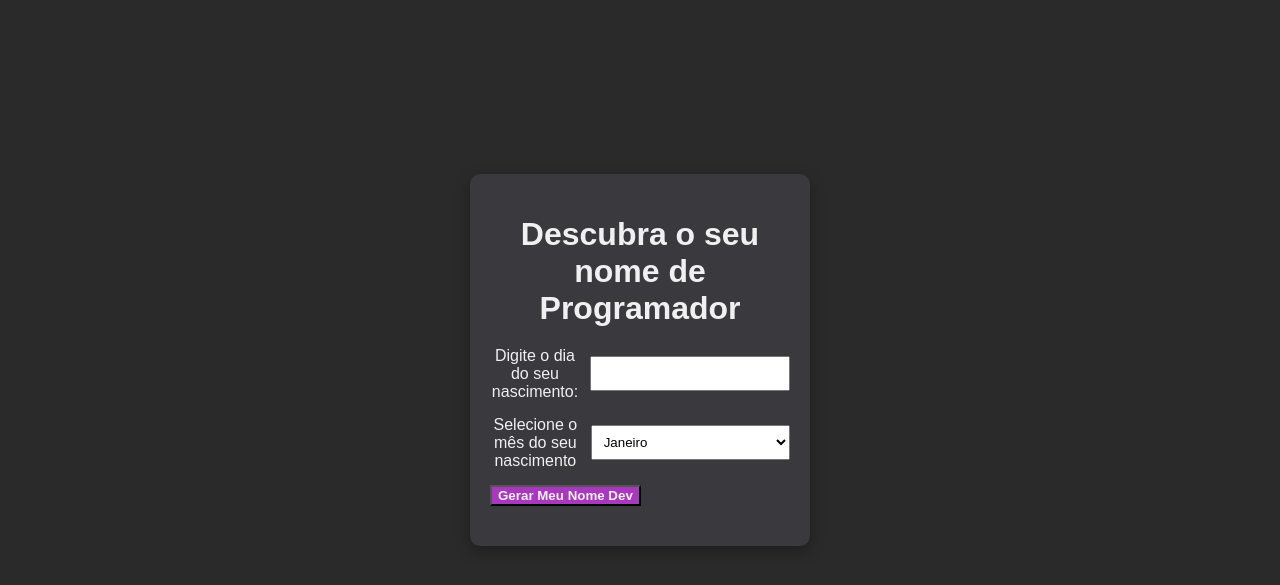
Repository: analessp/seu-nome-dev
Page: index.html
These files come from the project's save history. The page is drawn as it stood at one moment and after the next save; the edit follows.
The browser window is 1280 px wide. The pictures show the whole page.

Above is the page before, as saved 2025-05-13 11:32:23.

### index.html
<!DOCTYPE html>
<html lang="pt-BR">
<head>
    <meta charset="UTF-8">
    <meta name="viewport" content="width=device-width, initial-scale=1.0">
    <title>Seu Nome Dev</title>
    <link rel="stylesheet" href="styles.css">
</head>
<body>
    <div class="container">
        <h1>Descubra o seu nome de Programador</h1>
        <div class="form-group">
            <label for="dia">Digite o dia do seu nascimento:</label>
            <input type="number" id="dia" min="1" max="31">
        </div>
        <div class="form-group">
            <label for="mes">Selecione o mês do seu nascimento</label>
            <select id="mes">
                <option value="1">Janeiro</option>
                <option value="2">Fevereiro</option>
                <option value="3">Março</option>
                <option value="4">Abril</option>
                <option value="5">Maio</option>
                <option value="6">Junho</option>
                <option value="7">Julho</option>
                <option value="8">Agosto</option>
                <option value="9">Setembro</option>
                <option value="10">Outubro</option>
                <option value="11">Novembro</option>
                <option value="12">Dezembro</option>
            </select>
        </div>
        <button onclick="gerarNomeDev()">Gerar Meu Nome Dev</button>
        <div class="resultado" id="resultado"></div>
    </div>
    <script src="app.js"></script>
</body>
</html>

### styles.css
body {
    background-color: #2a2a2a;
    color: #f0f0f0;
    font-family: "Nunito", sans-serif;
    display: flex;
    justify-content: center;
    align-items: center;
    height: 100vh;
    margin: 0;
}

.container {
    background-color: #3a3a3e;
    padding: 20px;
    border-radius: 10px;
    box-shadow: 0px 5px 15px rgba(0, 0, 0, 0.3);
    width: 300px;
}

h1 {
    text-align: center;
    margin-bottom: 20px;
}

.form-group {
    display: flex;
    align-items: center;
    justify-content: space-between;
    margin-bottom: 15px;
}

.form-group label {
    flex: 1;
    margin-right: 10px;
    text-align: center;
}

.form-group input,
.form-group select {
    flex: 2;
    padding: 8px;
    border-radius: 5px
    border: none;
    outline: none;
}

button {
    background-color: #aa38be;
    color: #f0f0f0;
    font-weight: bold;
    transition: background-color 0.3s;
}

button:hover {
    background-color: #e27cd3;
}

.resultado {
    margin-top: 20px;
    font-size: 1.2rem;
    font-weight: bold;
    color: #8b14c7;
}

### app.js
function gerarNomeDev() {
    const dia = parseInt(document.getElementById("dia").value);
    const mes = parseInt(document.getElementById("mes").value);
    const resultado = document.getElementById("resultado");

    if (isNaN(dia) || dia < 1 || dia > 31) {
        resultado.textContent = "Insira um dia válido.";
        return;
    }

    const títulos = {
    1: "Desenvolvedor(a)",
    2: "Desenvolvedor(a)",
    3: "Programador(a)",
    4: "Programador(a)",
    5: "Programador(a)",
    6: "Estagiário(a)",
    7: "Estagiário(a)",
    8: "EEstagiário(a)",
    9: "Sênior",
    0: "Sênior",
};

const meses = {
    1: "bugado(a)",
    2: "do CTRL C, CTRL V",
    3: "das gambiarras",
    4: "que culpa o cache",
    5: "que esquece o que faz",
    6: "do git vazio",
    7: "das try/ catch vazia",
    8: "famosinho do LinkedIn",
    9: "caçador de bugs",
    10: "do Windows Pirata",
    11: "do update sem where",
    12: "do commit bugado",
};

const ultimoDigito = dia % 10;
const titulo = títulos[ultimoDigito];
const mesTexto = meses[mes];

resultado.textContent = `${titulo} ${mesTexto}`;

}

After the next save:
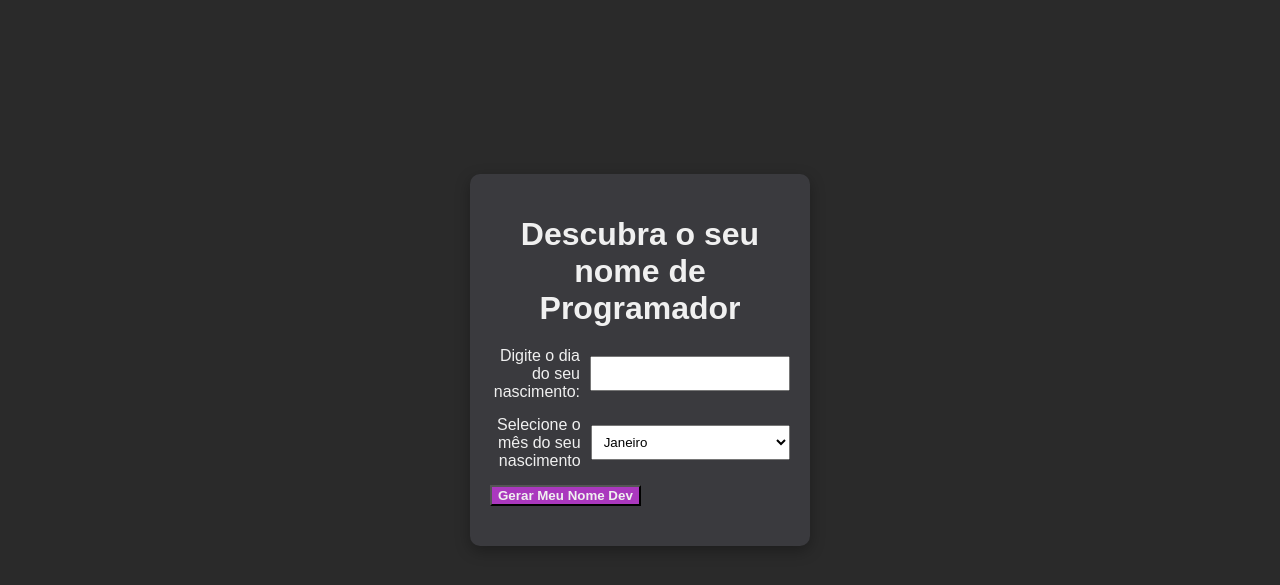
Saved 16 s later.
--- a/styles.css
+++ b/styles.css
@@ -32,7 +32,7 @@ h1 {
 .form-group label {
     flex: 1;
     margin-right: 10px;
-    text-align: center;
+    text-align: right;
 }
 
 .form-group input,
